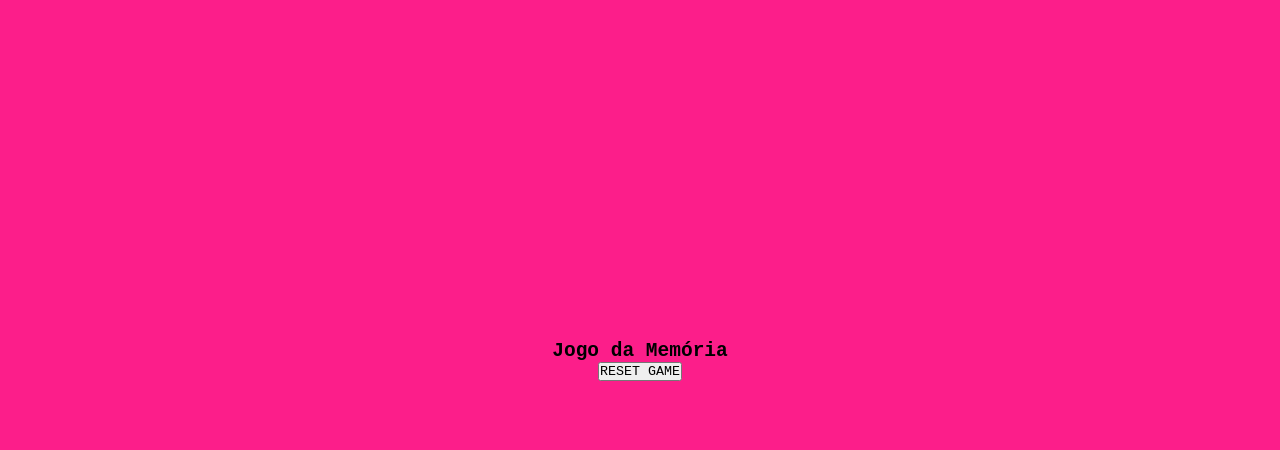
Repository: Zoemateus324/memory-game
Page: index.html
An editor plug-in stored every save of this project. The page is shown before and after the next save, followed by the edit.
The browser window is 1280 px wide. The pictures show the whole page.

Above is the page before, as saved 2024-11-27 08:13:49.

After the next save:
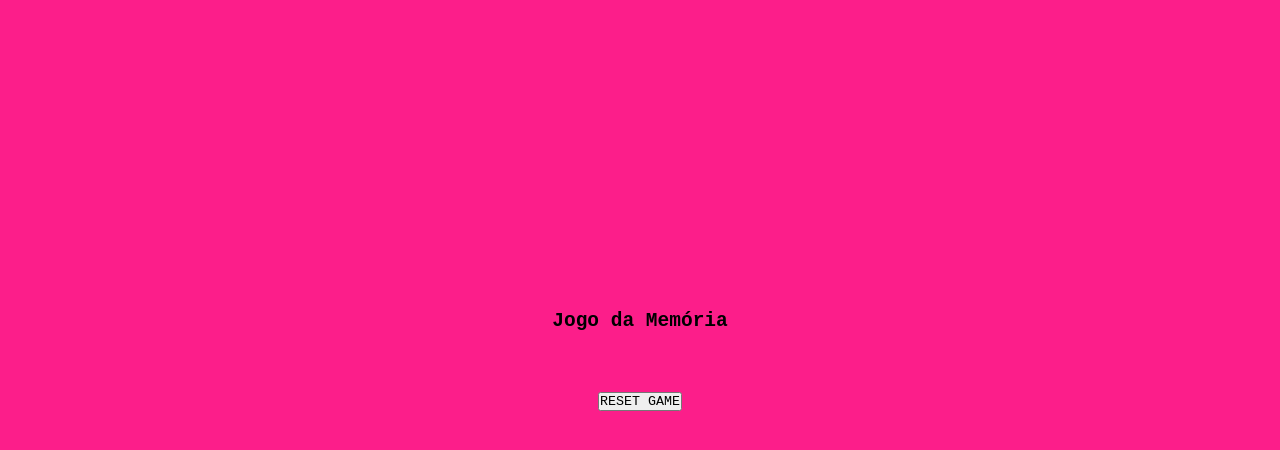
Saved 4 s later.
--- a/src/styles/main.css
+++ b/src/styles/main.css
@@ -13,4 +13,5 @@ body{
     flex-direction:column;
     justify-content:center;
     align-items:center;
+    gap:30px;
 }
